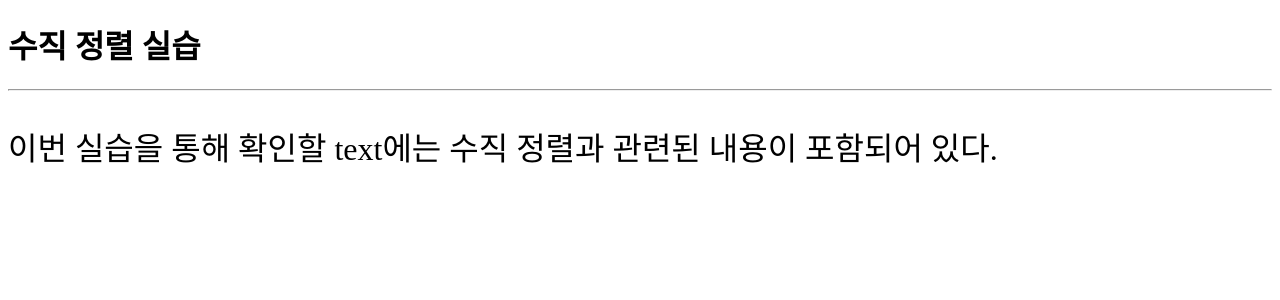
Repository: lolsoyeon/WebStudy
Page: WebApp02/WebContent/Test017.html
An editor plug-in stored every save of this project. The page is shown before and after the next save, followed by the edit.
The browser window is 1280 px wide. The pictures show the whole page.

Above is the page before, as saved 2022-09-28 05:16:09.

After the next save:
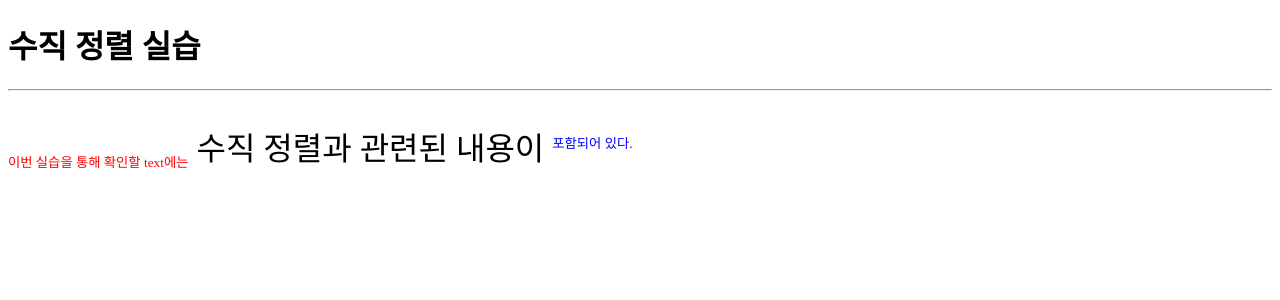
Saved 85 s later.
--- a/WebApp02/WebContent/Test017.html
+++ b/WebApp02/WebContent/Test017.html
@@ -19,9 +19,11 @@
 
 <div>
 	<p>
-		<span>이번 실습을 통해 확인할 text에는</span>
+		<span style="font-size: 10pt; vertical-align: sub; color: red;">이번 실습을 통해 확인할 text에는</span>
+
 		<span>수직 정렬과 관련된 내용이</span>
-		<span>포함되어 있다.</span>
+
+		<span style="font-size: 10pt; vertical-align: super; color: blue;">포함되어 있다.</span>
 	</p>
 </div>
 
